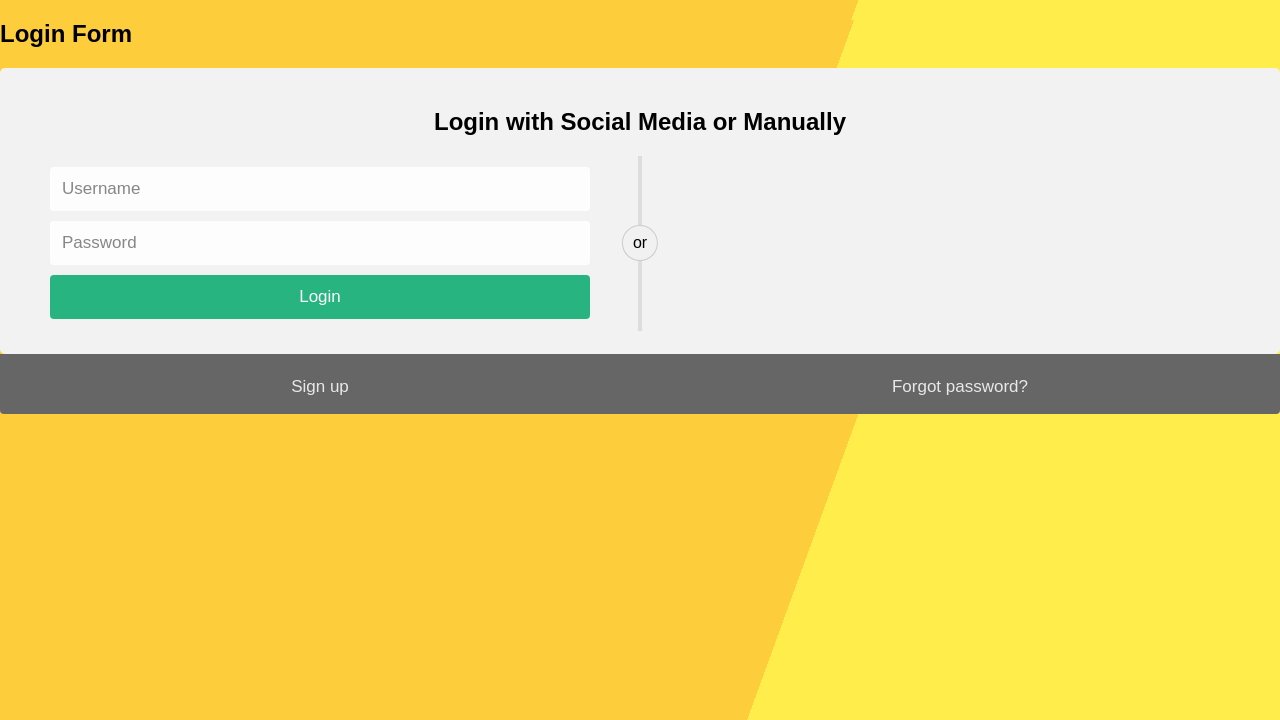
Repository: JohnRudolph1/Movie-Blog
Page: html/login.html
The author's editor kept a copy of each file at every save. The page is drawn from the files as they stood at one save, then again after the next save.
The browser window is 1280 px wide. The pictures show the whole page.

Above is the page before, as saved 2022-01-03 11:40:09.

After the next save:
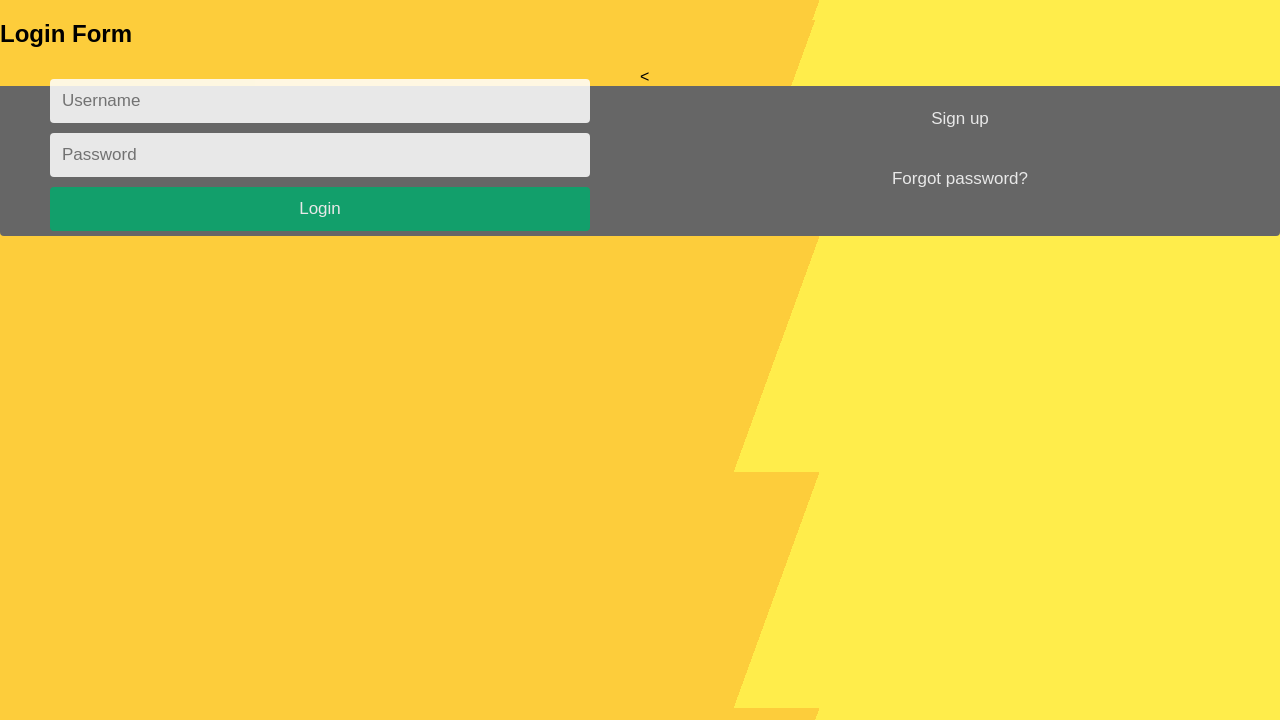
Saved 13 s later.
--- a/html/login.html
+++ b/html/login.html
@@ -11,13 +11,7 @@
 <h2>Login Form</h2>
 
 
-<div class="container">
-  <form action="/action_page.php">
-    <div class="row">
-      <h2 style="text-align:center">Login with Social Media or Manually</h2>
-      <div class="vl">
-        <span class="vl-innertext">or</span>
-      </div>
+<
 
 
 
